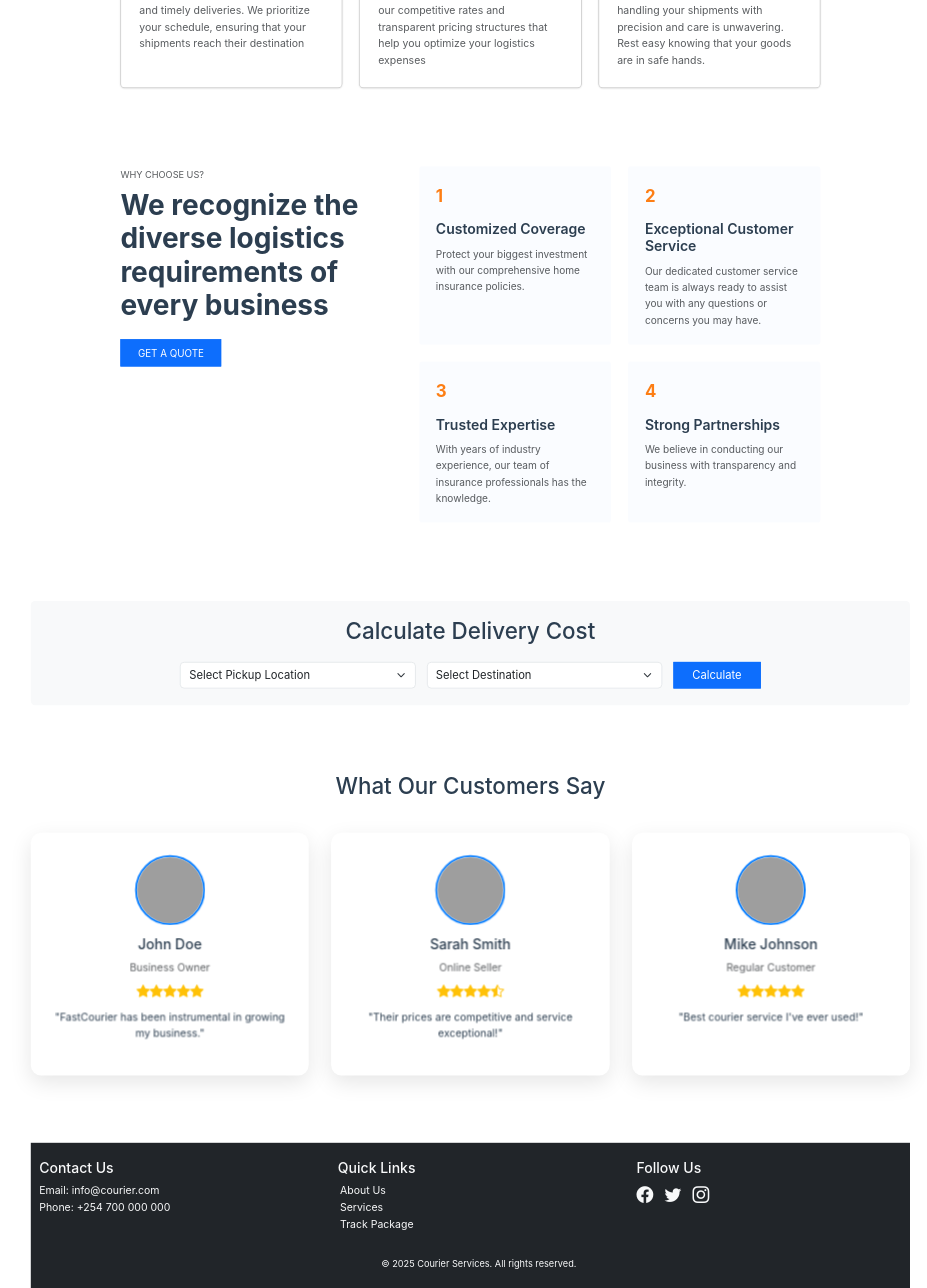
Repository: stancillous/package-yangu-logistics
Page: /
An editor plug-in stored every save of this project. The page is shown before and after the next save, followed by the edit.
The browser window is 1280 px wide. The page is 1324 px wide, so the pictures cover 1324 px, including what lies to the right of the window. The pictures show the part of the page from y = 1032 to 2872 px (the page is 2872 px tall), at 70% of full size.
Pictures or frames that could not be fetched are drawn as grey boxes. The project was rebuilt for these pictures with package versions that can differ from the ones it lists, and the page was loaded fresh each time. Also part of the build but not shown: vite.config.ts.

Above is the page before, as saved 2025-01-31 14:22:34.

### index.html
<!DOCTYPE html>
<html lang="">
  <head>
    <meta charset="UTF-8">
    <meta name="viewport" content="width=device-width, initial-scale=1.0">
    <link rel="icon" href="/favicon.ico">

    <!-- Bootstrap CSS -->
    <link href="https://cdn.jsdelivr.net/npm/bootstrap@5.3.0/dist/css/bootstrap.min.css" rel="stylesheet">
    <!-- Bootstrap Icons -->
    <link href="https://cdn.jsdelivr.net/npm/bootstrap-icons@1.11.1/font/bootstrap-icons.css" rel="stylesheet">

    <!-- Fonts -->

    <link rel="preconnect" href="https://fonts.googleapis.com">
    <link rel="preconnect" href="https://fonts.gstatic.com" crossorigin>
    <link href="https://fonts.googleapis.com/css2?family=Roboto:ital,wght@0,100..900;1,100..900&display=swap" rel="stylesheet">
    <title>Courier</title>

    <style>
      body{
        font-family: 'Roboto', sans-serif;
        overflow-x: hidden;
        width: 100vw;
      }

      button{
        border-radius: 0 !important;
      }

    </style>
  </head>
  <body>
    <div id="app"></div>


    <script type="module" src="/src/main.ts"></script>
    <!-- Bootstrap JS -->
    <script src="https://cdn.jsdelivr.net/npm/bootstrap@5.3.0/dist/js/bootstrap.bundle.min.js"></script>
  </body>
</html>

### src/main.ts
import './assets/main.css'

import { createApp } from 'vue'
import App from './App.vue'
import router from './router'

// import { BootstrapVue, BootstrapVueIcons } from 'bootstrap-vue'

// import 'bootstrap/dist/css/bootstrap.css'
// import 'bootstrap-vue/dist/bootstrap-vue.css'

const app = createApp(App)

// app.use(BootstrapVue)
// app.use(BootstrapVueIcons)

app.use(router)

app.mount('#app')

### src/App.vue
<script setup lang="ts">
import { RouterLink, RouterView } from 'vue-router'
import Index from './views/Index.vue'
</script>

<template>
  <div>
    <Index/>
  </div>

</template>

<style scoped>

body{
  border: 8px solid red !important;
}
</style>

### src/router/index.ts
import { createRouter, createWebHistory } from 'vue-router'
import Index from '../views/Index.vue'

const router = createRouter({
  history: createWebHistory(import.meta.env.BASE_URL),
  routes: [
    {
      path: '/',
      name: 'home',
      component: Index,
    },
    // {
    //   path: '/about',
    //   name: 'about',
    //   // route level code-splitting
    //   // this generates a separate chunk (About.[hash].js) for this route
    //   // which is lazy-loaded when the route is visited.
    //   component: () => import('../views/AboutView.vue'),
    // },
  ],
})

export default router

### src/views/Index.vue
<template>
    <div class="container">
      <nav class="navbar navbar-expand-lg navbar-light bg-white fixed-top shadow-sm">
        <div class="container">
          <a class="navbar-brand d-flex align-items-center" href="#">
            <i class="bi bi-box-seam fs-2 text-primary me-2"></i>
            <span class="fw-bold">FastCourier</span>
          </a>
          <button class="navbar-toggler" type="button" data-bs-toggle="collapse" data-bs-target="#navbarNav">
            <span class="navbar-toggler-icon"></span>
          </button>
          <div class="collapse navbar-collapse" id="navbarNav">
              <ul class="navbar-nav ms-auto">
                  <li><small class="text-uppercase"><a class="nav-link" href="#">home</a></small></li>
                  <li><small class="text-uppercase"><a class="nav-link" href="#">services</a></small></li>
                  <li><small class="text-uppercase"><a class="nav-link" href="#">about us</a></small></li>
                  <li><small class="text-uppercase"><a class="nav-link" href="#">news</a></small></li>
              </ul>
              <div class="ms-5">
                  <button class="btn btn-sm btn-outline-primary">CONTACT US</button>
              </div>
          </div>
        </div>
      </nav>

      <div class="content-wrapper">
        <div class="hero-section">
            <div class="hero-content">
                <h1 class="fw-bold  display-4">Seamless Shipping, <br> Unmatched Care</h1>
                <p class="card-text">Delivering Convenience with Every Shipment. Enjoy smooth logistics and outstanding customer service backed by our commitment to excellence.</p>
                <button class="btn btn-sm btn-light px-4 py-2 text-primary">Get Started</button>
            </div>
        </div>


        <!-- Services Section -->
        <div style="padding-top: 700px;" class="section-wrp">
            <small class="text-muted text-uppercase d-inline-block mb-2">our Services</small>
          <h2 class="fw-bold display-6 mb-4 text-muted">We Provide Timely and <br> Cost-Effective Service</h2>
          <div class="row g-4">
            <div class="col-md-4">
              <div class="card h-100">
                <div class="card-body">
                  <!-- <i class="bi bi-truck fs-1 text-primary mb-3"></i> -->
                  <h5 class="card-title">Deliveries on Schedule</h5>
                  <p class="card-text text-muted">Our logistics services are meticulously designed for prompt and timely deliveries. We prioritize your schedule, ensuring that your shipments reach their destination</p>
                </div>
              </div>
            </div>
            <div class="col-md-4">
              <div class="card h-100">
                <div class="card-body">
                  <!-- <i class="bi bi-globe fs-1 text-primary mb-3"></i> -->
                  <h5 class="card-title">Budget-Friendly Solutions</h5>
                  <p class="card-text text-muted">Cost-effectiveness is at the core of our service philosophy. Benefit from our competitive rates and transparent pricing structures that help you optimize your logistics expenses</p>
                </div>
              </div>
            </div>
            <div class="col-md-4">
              <div class="card h-100">
                <div class="card-body">
                  <!-- <i class="bi bi-shield-check fs-1 text-primary mb-3"></i> -->
                  <h5 class="card-title">Reliability You Can Trust</h5>
                  <p class="card-text text-muted">When you choose us, you choose reliability. Our commitment to handling your shipments with precision and care is unwavering. Rest easy knowing that your goods are in safe hands.</p>
                </div>
              </div>
            </div>
          </div>
        </div>

        <!-- why choose us -->
        <div class="why-choose-us section-wrp my-5">
            <div class="row">
                <div class="col-lg-5">
                    <small class="text-muted text-uppercase d-inline-block mb-2">why choose us?</small>
                    <h2 class="fw-bold display-6 mb-4">We recognize the diverse logistics requirements of every business</h2>
                    <button class="btn btn-primary btn-sm px-4 py-2 text-uppercase">Get a quote</button>
                </div>
                <div class="col-lg-7">
                    <div class="features-grid">
                        <div class="feature-item">
                            <div class="feature-number">1</div>
                            <h5>Customized Coverage</h5>
                            <p class="text-muted">Protect your biggest investment with our comprehensive home insurance policies.</p>
                        </div>
                        <div class="feature-item">
                            <div class="feature-number">2</div>
                            <h5>Exceptional Customer Service</h5>
                            <p class="text-muted">Our dedicated customer service team is always ready to assist you with any questions or concerns you may have.</p>
                        </div>
                        <div class="feature-item">
                            <div class="feature-number">3</div>
                            <h5>Trusted Expertise</h5>
                            <p class="text-muted">With years of industry experience, our team of insurance professionals has the knowledge.</p>
                        </div>
                        <div class="feature-item">
                            <div class="feature-number">4</div>
                            <h5>Strong Partnerships</h5>
                            <p class="text-muted">We believe in conducting our business with transparency and integrity.</p>
                        </div>
                    </div>
                </div>
            </div>
        </div>

        <!-- Delivery Calculator -->
        <div class="calculator-section my-5 py-4 bg-light rounded">
          <h2 class="text-center mb-4">Calculate Delivery Cost</h2>
          <div class="row justify-content-center">
            <div class="col-md-8">
              <div class="row g-3">
                <div class="col-md-5">
                  <select v-model="pickup" class="form-select">
                    <option value="" disabled selected>Select Pickup Location</option>
                    <option value="nairobi">Nairobi</option>
                    <option value="mombasa">Mombasa</option>
                    <option value="kisumu">Kisumu</option>
                    <option value="nakuru">Nakuru</option>
                    <option value="eldoret">Eldoret</option>
                  </select>
                </div>
                <div class="col-md-5">
                  <select v-model="destination" class="form-select">
                    <option value="" disabled selected>Select Destination</option>
                    <option value="nairobi">Nairobi</option>
                    <option value="mombasa">Mombasa</option>
                    <option value="kisumu">Kisumu</option>
                    <option value="nakuru">Nakuru</option>
                    <option value="eldoret">Eldoret</option>
                  </select>
                </div>
                <div class="col-md-2">
                  <button @click="calculatePrice" class="btn btn-primary w-100">Calculate</button>
                </div>
              </div>
              <div v-if="price" class="mt-4 text-center">
                <h4>Estimated Cost: KES {{ price }}</h4>
              </div>
            </div>
          </div>
        </div>

        <!-- Reviews Section -->
        <div class="reviews-section my-5 py-5">
          <h2 class="text-center mb-5">What Our Customers Say</h2>
          <div class="reviews-grid">
            <div class="review-card">
              <div class="review-image">
                <img src="https://randomuser.me/api/portraits/men/32.jpg" alt="John Doe">
              </div>
              <h5 class="mt-3">John Doe</h5>
              <p class="text-muted mb-2">Business Owner</p>
              <div class="rating mb-2">
                <i class="bi bi-star-fill text-warning"></i>
                <i class="bi bi-star-fill text-warning"></i>
                <i class="bi bi-star-fill text-warning"></i>
                <i class="bi bi-star-fill text-warning"></i>
                <i class="bi bi-star-fill text-warning"></i>
              </div>
              <p>"FastCourier has been instrumental in growing my business."</p>
            </div>

            <div class="review-card">
              <div class="review-image">
                <img src="https://randomuser.me/api/portraits/women/44.jpg" alt="Sarah Smith">
              </div>
              <h5 class="mt-3">Sarah Smith</h5>
              <p class="text-muted mb-2">Online Seller</p>
              <div class="rating mb-2">
                <i class="bi bi-star-fill text-warning"></i>
                <i class="bi bi-star-fill text-warning"></i>
                <i class="bi bi-star-fill text-warning"></i>
                <i class="bi bi-star-fill text-warning"></i>
                <i class="bi bi-star-half text-warning"></i>
              </div>
              <p>"Their prices are competitive and service exceptional!"</p>
            </div>

            <div class="review-card">
              <div class="review-image">
                <img src="https://randomuser.me/api/portraits/men/67.jpg" alt="Mike Johnson">
              </div>
              <h5 class="mt-3">Mike Johnson</h5>
              <p class="text-muted mb-2">Regular Customer</p>
              <div class="rating mb-2">
                <i class="bi bi-star-fill text-warning"></i>
                <i class="bi bi-star-fill text-warning"></i>
                <i class="bi bi-star-fill text-warning"></i>
                <i class="bi bi-star-fill text-warning"></i>
                <i class="bi bi-star-fill text-warning"></i>
              </div>
              <p>"Best courier service I've ever used!"</p>
            </div>
          </div>
        </div>

        <!-- Footer -->
        <footer class="bg-dark text-light py-4 mt-5">
          <div class="container">
            <div class="row">
              <div class="col-md-4">
                <h5>Contact Us</h5>
                <p>Email: info@courier.com<br>
                   Phone: +254 700 000 000</p>
              </div>
              <div class="col-md-4">
                <h5>Quick Links</h5>
                <ul class="list-unstyled">
                  <li><a href="#" class="text-light">About Us</a></li>
                  <li><a href="#" class="text-light">Services</a></li>
                  <li><a href="#" class="text-light">Track Package</a></li>
                </ul>
              </div>
              <div class="col-md-4">
                <h5>Follow Us</h5>
                <div class="fs-4">
                  <i class="bi bi-facebook me-3"></i>
                  <i class="bi bi-twitter me-3"></i>
                  <i class="bi bi-instagram"></i>
                </div>
              </div>
            </div>
            <div class="text-center mt-3">
              <small>&copy; 2025 Courier Services. All rights reserved.</small>
            </div>
          </div>
        </footer>
      </div>
    </div>
  </template>

  <script>
  export default {
    name: 'Index',
    data() {
      return {
        pickup: '',
        destination: '',
        price: null
      }
    },
    methods: {
      calculatePrice() {
        if (this.pickup && this.destination) {
          // Generate a random price between 1000 and 5000
          this.price = Math.floor(Math.random() * (5000 - 1000 + 1)) + 1000;
        }
      }
    }
  }
  </script>

  <style scoped>

.container {
      width: 100vw;
      max-width: 1500px;
      margin: auto;
  }

  .section-wrp{
    max-width: 1000px;
    margin: 1rem auto;
  }

.hero-section {
    position: absolute;
    left: 0;
  width: 100vw;
  height: 600px;
  background-image: url('https://images.unsplash.com/photo-1578575437130-527eed3abbec');
  background-size: cover;
  background-position: center;
  /* position: relative; */
  display: flex;
  align-items: center;
  justify-content: center;
  color: white;
  margin-left: calc(-50vw + 50%);
  margin-right: calc(-50vw + 50%);
}

.hero-section::before {
  content: '';
  position: absolute;
  top: 0;
  left: 0;
  width: 100%;
  height: 100%;
  background: rgba(0, 0, 0, 0.6);
}

.hero-content {
  position: relative;
  z-index: 2;
  max-width: 800px;
  text-align: left;
  padding: 0 1rem;
}




  .content-wrapper {
      margin-top: 76px;
  }


  .card {
    padding: 10px;
    box-shadow: rgba(0, 0, 0, 0.1) 0px 1px 3px 0px, rgba(0, 0, 0, 0.06) 0px 1px 2px 0px;

    p{
        line-height: 160%;
    }
  }

  .reviews-grid {
      display: grid;
      grid-template-columns: repeat(auto-fit, minmax(300px, 1fr));
      gap: 2rem;
      perspective: 1000px;
  }

  .review-card {
      background: white;
      border-radius: 15px;
      padding: 2rem;
      text-align: center;
      box-shadow: 0 10px 30px rgba(0, 0, 0, 0.1);
      transition: transform 0.5s;
      transform-style: preserve-3d;
  }

  .review-card:hover {
      transform: translateZ(20px) rotateX(5deg);
  }

  .review-image {
      width: 100px;
      height: 100px;
      margin: 0 auto;
      border-radius: 50%;
      overflow: hidden;
      border: 3px solid #007bff;
  }

  .review-image img {
      width: 100%;
      height: 100%;
      object-fit: cover;
  }

  .rating {
      font-size: 1.2rem;
  }

  @media (max-width: 768px) {
      .reviews-grid {
          grid-template-columns: 1fr;
      }
  }

.why-choose-us {
    padding: 4rem 0;
}

.features-grid {
    display: grid;
    grid-template-columns: repeat(2, 1fr);
    gap: 1.5rem;
}

.feature-item {
    background: rgba(13, 110, 253, 0.02);
    padding: 1.5rem;
    border-radius: 4px;
    transition: all 0.3s ease;
}

.feature-number {
    color: #fd7e14;
    font-size: 1.5rem;
    font-weight: bold;
    margin-bottom: 1rem;
}

.feature-item h5 {
    margin-bottom: 0.75rem;
    font-weight: 600;
}

.feature-item p {
    font-size: 0.9rem;
    line-height: 1.6;
    margin-bottom: 0;
}

@media (max-width: 992px) {
    .features-grid {
        grid-template-columns: 1fr;
        margin-top: 2rem;
    }
}
  </style>

Loaded but not shown: src/assets/main.css (common file); src/assets/base.css (common file)

After the next save:
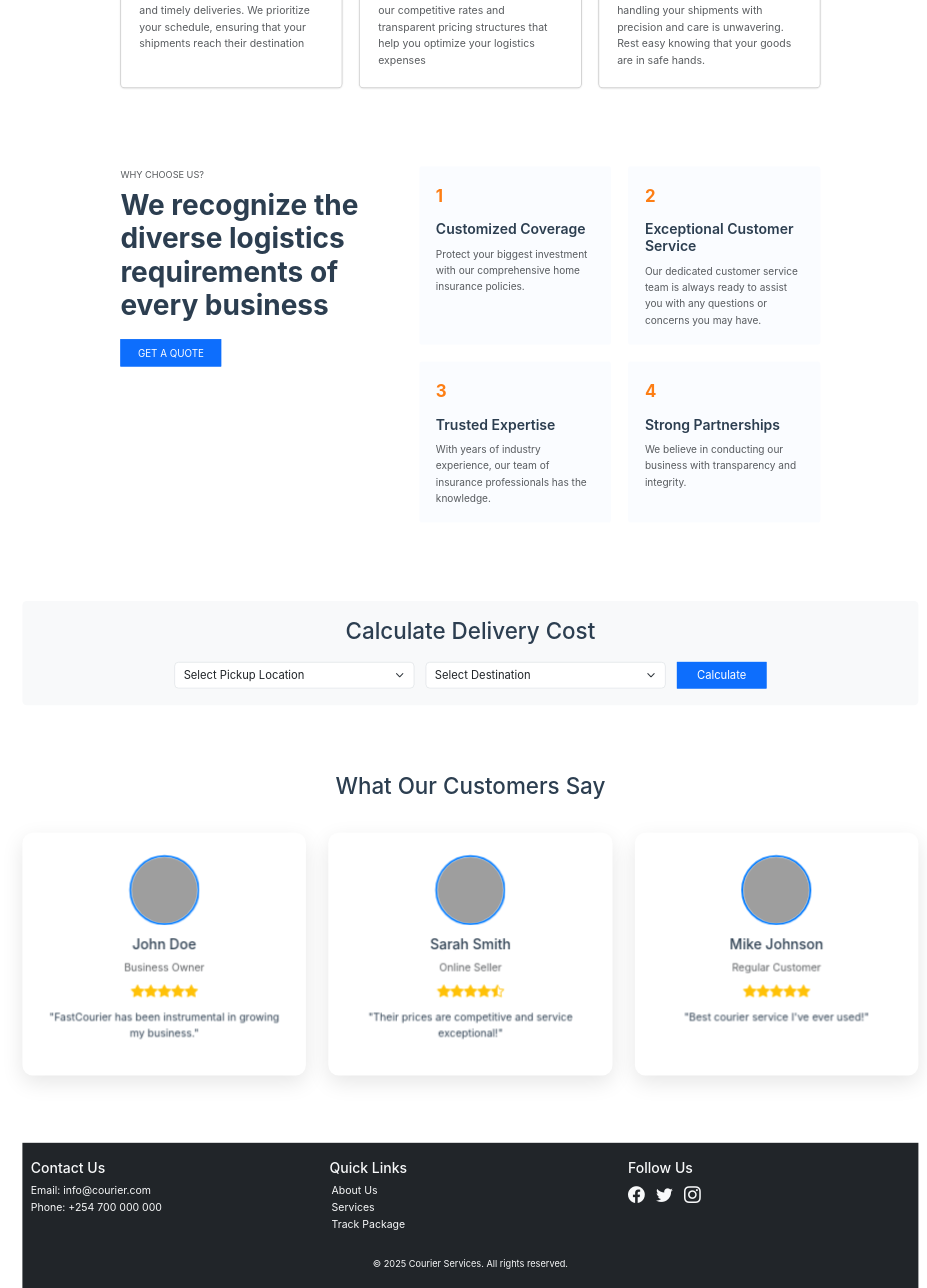
Saved 5 s later.
--- a/src/views/Index.vue
+++ b/src/views/Index.vue
@@ -1,5 +1,5 @@
 <template>
-    <div class="container">
+    <div class="containder">
       <nav class="navbar navbar-expand-lg navbar-light bg-white fixed-top shadow-sm">
         <div class="container">
           <a class="navbar-brand d-flex align-items-center" href="#">
